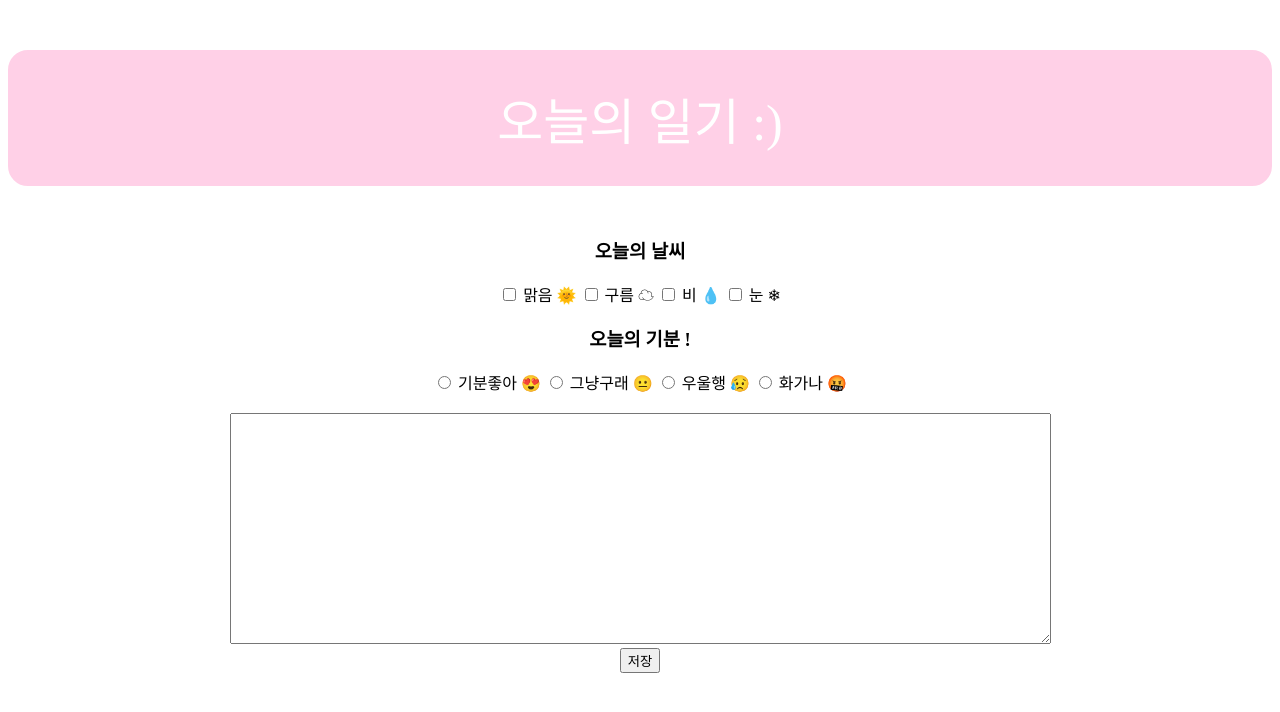
Repository: seoyeon0619/WebProgramming
Page: http://localhost/myhome1/일기쓰기.jsp
The author's editor kept a copy of each file at every save. The page is drawn from the files as they stood at one save, then again after the next save.
The browser window is 1280 px wide. The pictures show the whole page.
Some web fonts or font styles are not loaded; a fallback is used. The page is served by Tomcat 9.

Above is the page before, as saved 2022-12-29 07:40:25.

### workspace1/myhome1/src/main/webapp/일기쓰기.jsp
<%@ page language="java" contentType="text/html; charset=UTF-8"
    pageEncoding="UTF-8"%>
<!DOCTYPE html>
<html>
<head>
<meta charset="UTF-8">
<title>Insert title here</title>
<link rel="preconnect" href="https://fonts.googleapis.com"><link rel="preconnect" href="https://fonts.gstatic.com" crossorigin>
<link href="https://fonts.googleapis.com/css2?family=Gaegu:wght@700&family=Rubik+Bubbles&display=swap" rel="stylesheet">
<style>
p.round3{
	text-align : center;
	font-size : 50px;
	color : #ffffff;
  	border: 2px solid rgb(255, 208, 231);
  	border-radius: 20px;
  	padding : 30px;
  	background-color : rgb(255, 208, 231)
	}

body{
	text-align : center;
}

</style>

</head>
<body>
<style>
        body, h1, h2, h3, h4, h5, h6, p, span {
          font-family: 'Gaegu', cursive;
        }
</style>
<p class="round3">오늘의 일기 :)</p>

<h3>오늘의 날씨</h3>
        <input type="checkbox" name="lan2" id="sel1" value="1">
		<label for="sel1">맑음 🌞</label>
        <input type="checkbox" name="lan2" id="sel2" value="2">
        <label for="sel2">구름 ☁</label>
        <input type="checkbox" name="lan2" id="sel3" value="3">
        <label for="sel3">비 💧</label>
        <input type="checkbox" name="lan2" id="sel4" value="4">
        <label for="sel4">눈 ❄</label>


<h3>오늘의 기분 !</h3>
        <input type="radio" name="lan2" id="sel1" value="1">
		<label for="sel1">기분좋아 😍</label>
        <input type="radio" name="lan2" id="sel2" value="2">
        <label for="sel2">그냥구래 😐</label>
        <input type="radio" name="lan2" id="sel3" value="3">
        <label for="sel3">우울행 😥</label>
        <input type="radio" name="lan2" id="sel4" value="4">
        <label for="sel4">화가나 🤬</label>

<h3></h3>

	<textarea name="" id="" cols="100" rows="15"></textarea><br/>

<button>저장</button>
</body>
</html>

After the next save:
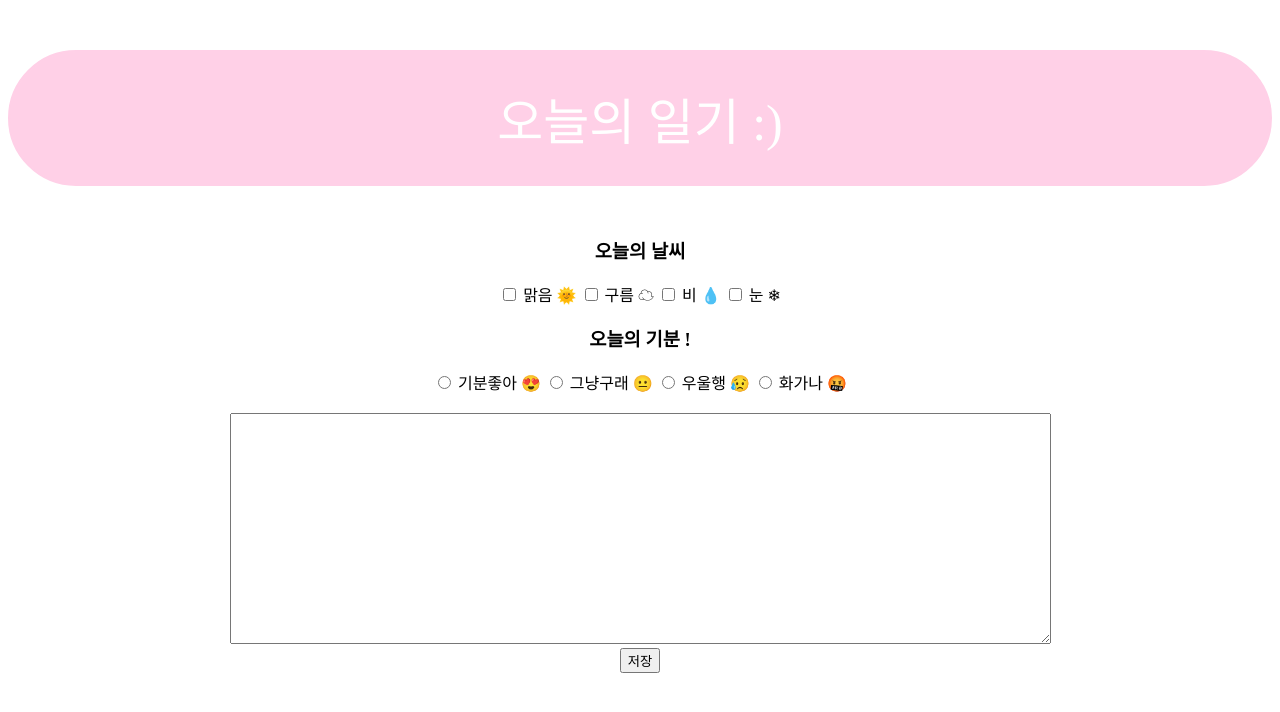
Saved 7 s later.
--- a/workspace1/myhome1/src/main/webapp/일기쓰기.jsp
+++ b/workspace1/myhome1/src/main/webapp/일기쓰기.jsp
@@ -13,7 +13,7 @@ p.round3{
 	font-size : 50px;
 	color : #ffffff;
   	border: 2px solid rgb(255, 208, 231);
-  	border-radius: 20px;
+  	border-radius: 100px;
   	padding : 30px;
   	background-color : rgb(255, 208, 231)
 	}
